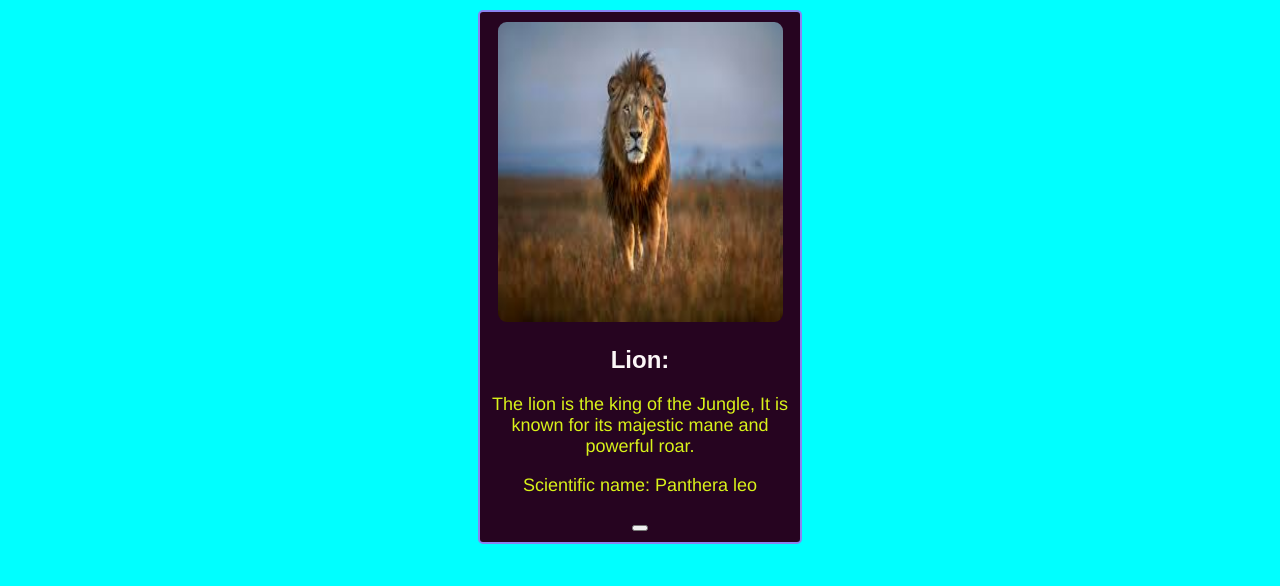
Repository: KingBoyMaylow/Animal-trading-card
Page: index.html
These files come from the project's save history. The page is drawn as it stood at one moment and after the next save; the edit follows.
The browser window is 1280 px wide. The pictures show the whole page.

Above is the page before, as saved 2024-05-14 13:44:05.

After the next save:
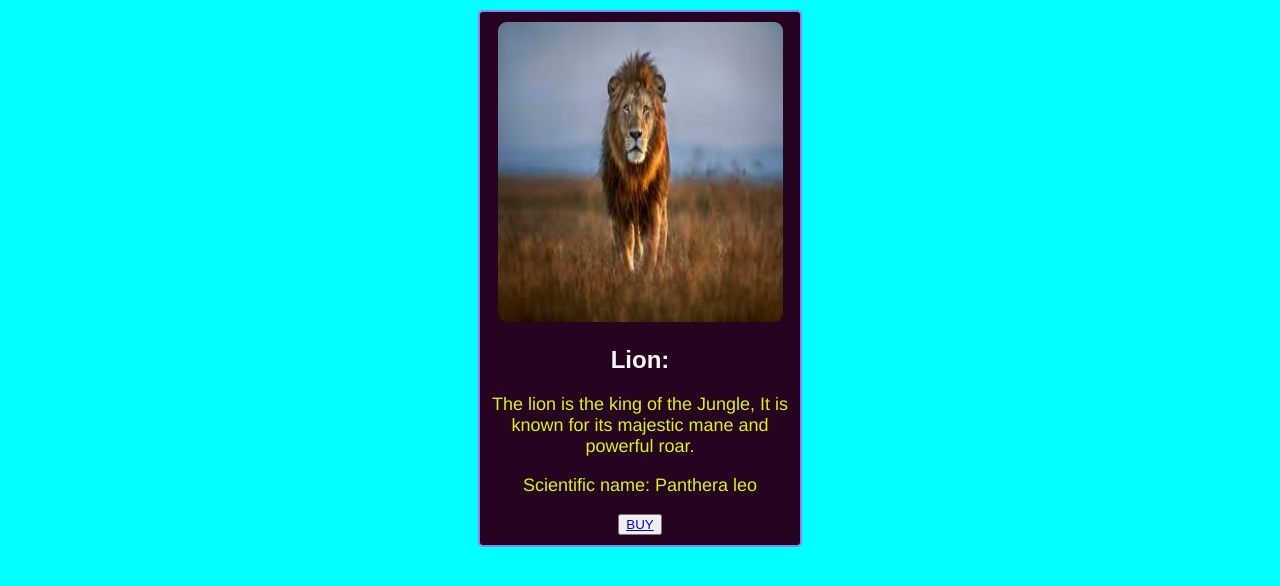
Saved 7 s later.
--- a/index.html
+++ b/index.html
@@ -41,7 +41,7 @@
         <h2>Lion:</h2>
         <p>The lion is the king of the Jungle, It is known for its majestic mane and powerful roar.</p>
         <p>Scientific name: Panthera leo</p>
-        <button><a href="$5,000"></a></button>
+        <button><a href="$5,000">BUY</a></button>
     </div>
 </body>
 </html>
